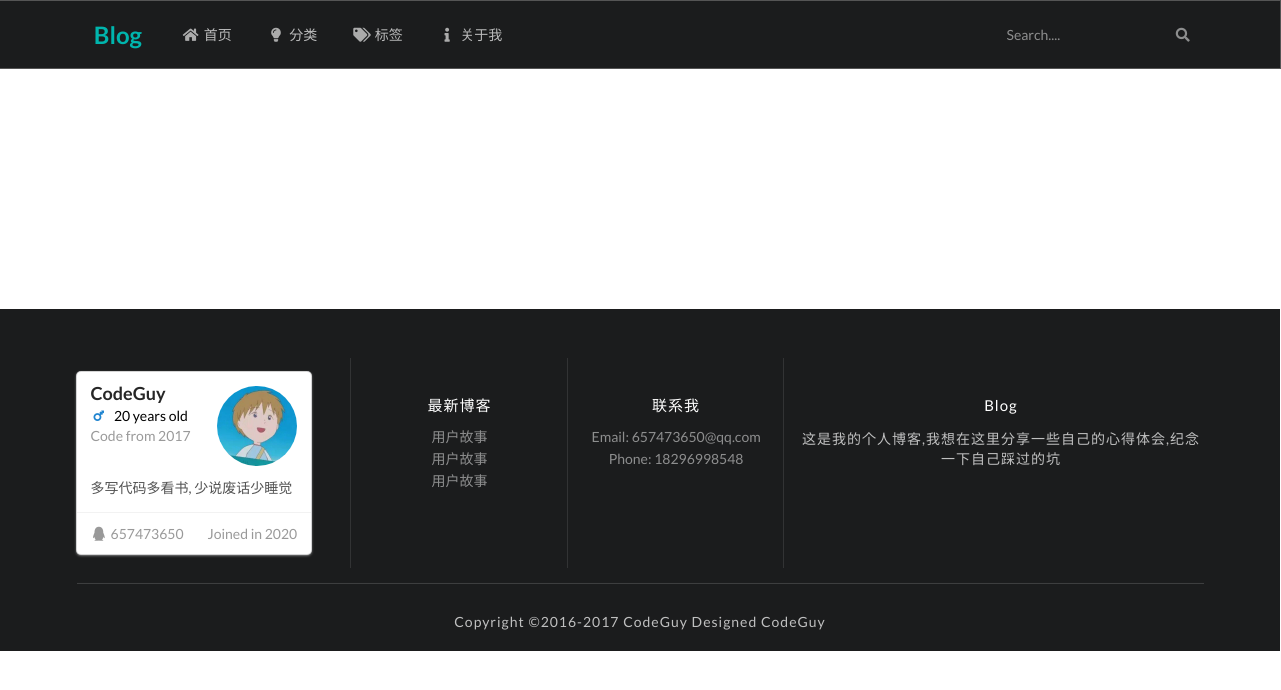
Repository: GOGOHQ/myblog
Page: index.html
An editor plug-in stored every save of this project. The page is shown before and after the next save, followed by the edit.
The browser window is 1280 px wide. The page is 1281 px wide, so the pictures cover 1281 px, including what lies to the right of the window. The pictures show the whole page.
Some web libraries are served in a nearby version.

Above is the page before, as saved 2020-01-16 16:15:05.

### index.html
<!DOCTYPE html>
<html lang="en">

<head>
    <meta charset="UTF-8">
    <meta name="viewport" content="width=device-width, inital-scale=1.0">
    <title>首页</title>
    <link rel="stylesheet" href="static/css/me.css">
    <link rel="stylesheet" href="https://cdn.jsdelivr.net/semantic-ui/2.2.4/semantic.min.css">
    <script src="https://cdn.jsdelivr.net/npm/jquery@3.2/dist/jqurey.min.js"></script>
    <script src="https://cdn.jsdelivr.net/semantic-ui/2.2.4/semantic.min.js"></script>
</head>

<body>
<!-- 导航 -->
<nav class="ui inverted  attached  segment m-padded-tb-mini">
    <div class="ui container">
        <div class="ui secondary inverted menu">
            <h2 class="ui teal header item">Blog</h2>
            <a href="#" class="item"><i class="home icon"></i>首页</a>
            <a href="#" class="item"><i class="idea icon"></i>分类</a>
            <a href="#" class="item"><i class="tags icon"></i>标签</a>
            <a href="#" class="item"><i class="info icon"></i>关于我</a>
            <div class="right item">
                <div class="ui icon  inverted transparent input">
                    <input type="text" placeholder="Search....">
                    <i class="search link icon"></i>
                </div>
            </div>
        </div>
    </div>
</nav>
<!-- 内容 -->
<div>
    <br> <br> <br> <br> <br> <br> <br> <br> <br> <br> <br> <br>
</div>
<!-- 底部 -->
<footer class="ui inverted vertical segment m-padded-tb-massive">
    <div class="ui center aligned container" style="height:230px">
        <div class="ui inverted divided grid fluid">
            <div class="four wide column left aligned" style="padding-right: 40px;">
                <div class="ui card">
                    <div class="content">
                        <img class="right circular floated tiny ui image" src="static/images/avatar.jpg">
                        <div class="header">
                            CodeGuy
                        </div>
                        <div class="meta">
                            <i class="icon blue mars stroke"></i>
                            <text style="color:black;">20 years old</text>
                        </div>
                        <div class="meta">
                            Code from 2017
                        </div>
                        <div class="description">
                            多写代码多看书, 少说废话少睡觉
                        </div>
                    </div>
                    <div class="extra content">
                        <a>
                            <i class="qq icon"></i>657473650
                        </a>
                        <span class="right floated">
                                    Joined in 2020
                                  </span>
                    </div>
                </div>
            </div>
            <div class="center aligned three wide column m-padded-t-middle">
                <h4 class="ui inverted header m-text-thin m-text-spaced">最新博客</h4>
                <div class="ui inverted link list">
                    <a href="#" class="item">用户故事</a>
                    <a href="#" class="item">用户故事</a>
                    <a href="#" class="item">用户故事</a>
                </div>
            </div>
            <div class="center aligned three wide column m-padded-t-middle">
                <h4 class="ui inverted header m-text-thin m-text-spaced">联系我</h4>
                <div class="ui inverted link list">
                    <a href="#" class="item">Email: 657473650@qq.com</a>
                    <a href="#" class="item">Phone: 18296998548</a>

                </div>
            </div>
            <div class="six wide column m-padded-t-middle">
                <h4 class="ui inverted header m-text-thin m-text-spaced">Blog</h4>
                <p class="m-text-thin m-text-spaced m-text-mini-opacity">这是我的个人博客,我想在这里分享一些自己的心得体会,纪念一下自己踩过的坑</p>
            </div>
        </div>
        <div class="ui inverted section divider"></div>
        <p class="m-text-thin m-text-spaced m-text-mini-opacity">Copyright ©2016-2017 CodeGuy Designed CodeGuy</p>
    </div>
</footer>
</body>


</html>

### static/css/me.css
.m-padded-tb-mini {
    padding-top: 0.2em !important;
    padding-bottom: 0.2em !important;
}

.m-padded-t-middle {
    padding-top: 40px !important
}

.m-padded-tb-massive {
    padding-top: 4.5em !important;
    padding-bottom: 4.5em !important;
}


/* text */

.m-text-thin {
    font-weight: 400 !important
}

.m-text-spaced {
    letter-spacing: 1px !important
}

.m-text-lined {
    line-height: 1.8 !important
}

.m-text-mini-opacity {
    opacity: 0.8 !important
}

After the next save:
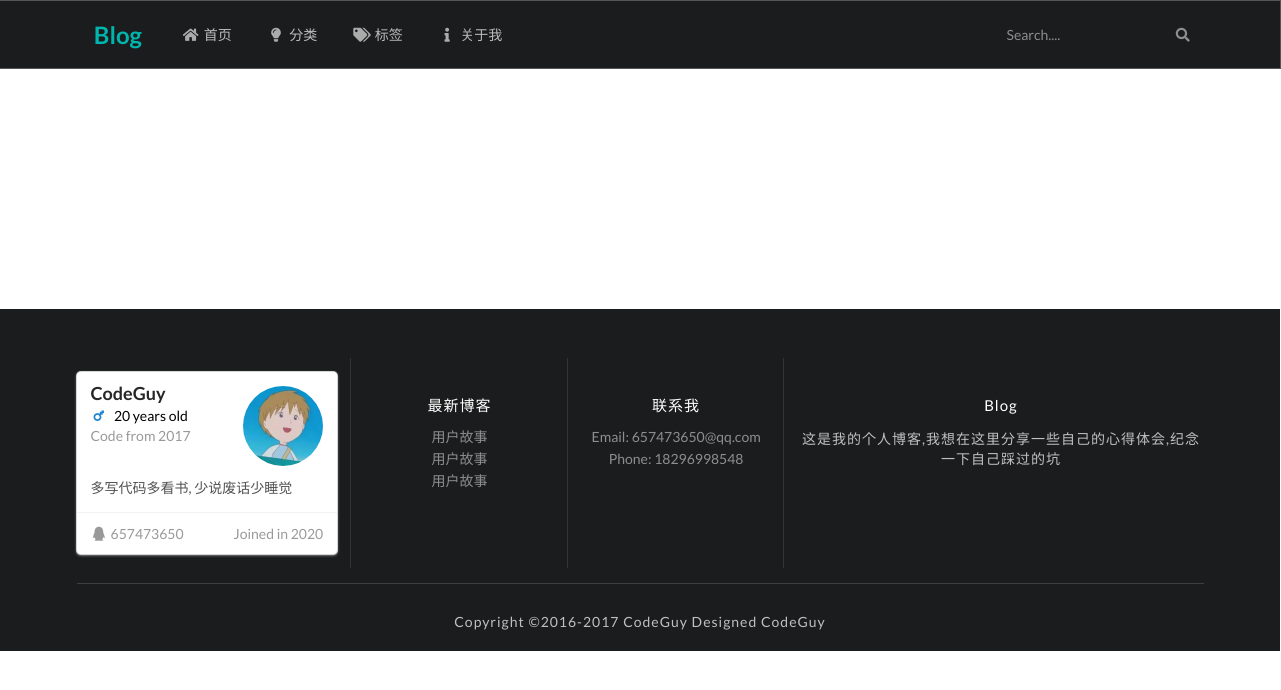
Saved 2 min 33 s later.
--- a/index.html
+++ b/index.html
@@ -38,57 +38,58 @@
 <footer class="ui inverted vertical segment m-padded-tb-massive">
     <div class="ui center aligned container" style="height:230px">
         <div class="ui inverted divided grid fluid">
-            <div class="four wide column left aligned" style="padding-right: 40px;">
-                <div class="ui card">
-                    <div class="content">
-                        <img class="right circular floated tiny ui image" src="static/images/avatar.jpg">
-                        <div class="header">
-                            CodeGuy
-                        </div>
-                        <div class="meta">
-                            <i class="icon blue mars stroke"></i>
-                            <text style="color:black;">20 years old</text>
-                        </div>
-                        <div class="meta">
-                            Code from 2017
-                        </div>
-                        <div class="description">
-                            多写代码多看书, 少说废话少睡觉
-                        </div>
+            <div class="four wide column left aligned"
+            ">
+            <div class="ui centered card ">
+                <div class="content ">
+                    <img class="right circular floated tiny ui image " src="static/images/avatar.jpg ">
+                    <div class="header ">
+                        CodeGuy
                     </div>
-                    <div class="extra content">
-                        <a>
-                            <i class="qq icon"></i>657473650
-                        </a>
-                        <span class="right floated">
+                    <div class="meta ">
+                        <i class="icon blue mars stroke "></i>
+                        <text style="color:black; ">20 years old</text>
+                    </div>
+                    <div class="meta ">
+                        Code from 2017
+                    </div>
+                    <div class="description ">
+                        多写代码多看书, 少说废话少睡觉
+                    </div>
+                </div>
+                <div class="extra content ">
+                    <a>
+                        <i class="qq icon "></i>657473650
+                    </a>
+                    <span class="right floated ">
                                     Joined in 2020
                                   </span>
-                    </div>
                 </div>
             </div>
-            <div class="center aligned three wide column m-padded-t-middle">
-                <h4 class="ui inverted header m-text-thin m-text-spaced">最新博客</h4>
-                <div class="ui inverted link list">
-                    <a href="#" class="item">用户故事</a>
-                    <a href="#" class="item">用户故事</a>
-                    <a href="#" class="item">用户故事</a>
-                </div>
-            </div>
-            <div class="center aligned three wide column m-padded-t-middle">
-                <h4 class="ui inverted header m-text-thin m-text-spaced">联系我</h4>
-                <div class="ui inverted link list">
-                    <a href="#" class="item">Email: 657473650@qq.com</a>
-                    <a href="#" class="item">Phone: 18296998548</a>
-
-                </div>
-            </div>
-            <div class="six wide column m-padded-t-middle">
-                <h4 class="ui inverted header m-text-thin m-text-spaced">Blog</h4>
-                <p class="m-text-thin m-text-spaced m-text-mini-opacity">这是我的个人博客,我想在这里分享一些自己的心得体会,纪念一下自己踩过的坑</p>
+        </div>
+        <div class="center aligned three wide column m-padded-t-middle ">
+            <h4 class="ui inverted header m-text-thin m-text-spaced ">最新博客</h4>
+            <div class="ui inverted link list ">
+                <a href="# " class="item ">用户故事</a>
+                <a href="# " class="item ">用户故事</a>
+                <a href="# " class="item ">用户故事</a>
             </div>
         </div>
-        <div class="ui inverted section divider"></div>
-        <p class="m-text-thin m-text-spaced m-text-mini-opacity">Copyright ©2016-2017 CodeGuy Designed CodeGuy</p>
+        <div class="center aligned three wide column m-padded-t-middle ">
+            <h4 class="ui inverted header m-text-thin m-text-spaced ">联系我</h4>
+            <div class="ui inverted link list ">
+                <a href="# " class="item ">Email: 657473650@qq.com</a>
+                <a href="# " class="item ">Phone: 18296998548</a>
+
+            </div>
+        </div>
+        <div class="six wide column m-padded-t-middle ">
+            <h4 class="ui inverted header m-text-thin m-text-spaced ">Blog</h4>
+            <p class="m-text-thin m-text-spaced m-text-mini-opacity ">这是我的个人博客,我想在这里分享一些自己的心得体会,纪念一下自己踩过的坑</p>
+        </div>
+    </div>
+    <div class="ui inverted section divider "></div>
+    <p class="m-text-thin m-text-spaced m-text-mini-opacity ">Copyright ©2016-2017 CodeGuy Designed CodeGuy</p>
     </div>
 </footer>
 </body>

After the 2 saves that followed:
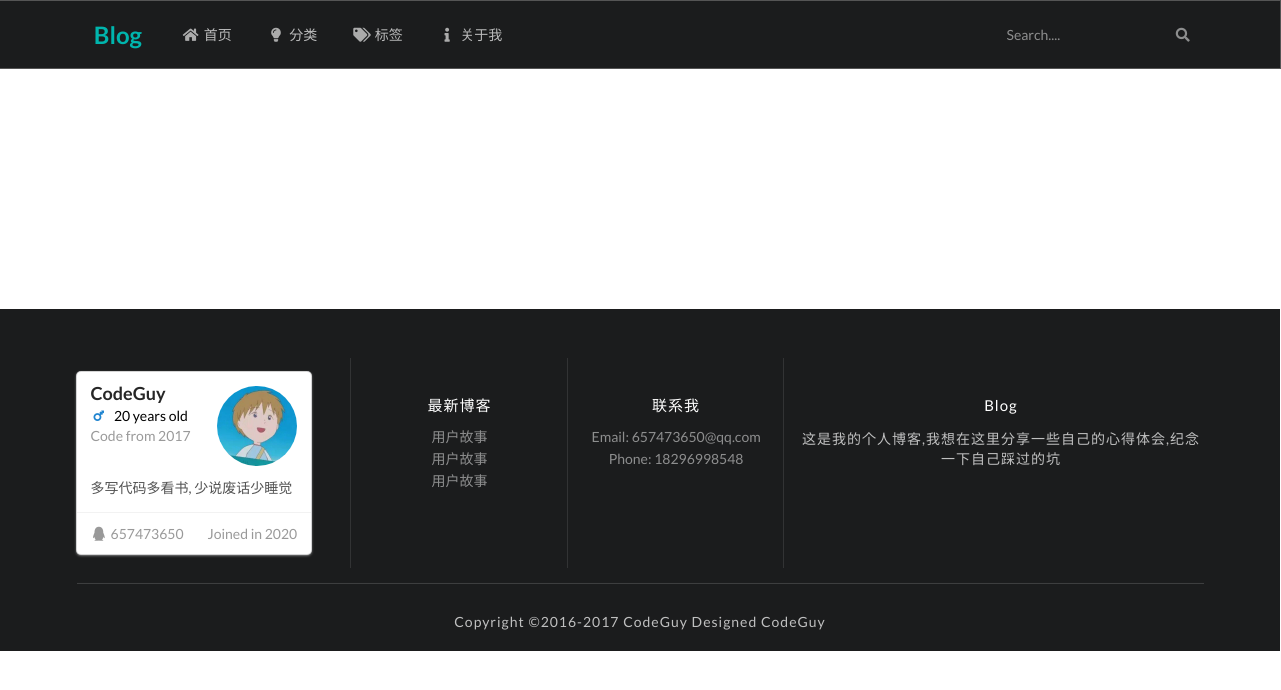
The 2 saves are shown as one change because 1 left the picture as it was.
The last was saved 28 s later.
--- a/index.html
+++ b/index.html
@@ -38,58 +38,57 @@
 <footer class="ui inverted vertical segment m-padded-tb-massive">
     <div class="ui center aligned container" style="height:230px">
         <div class="ui inverted divided grid fluid">
-            <div class="four wide column left aligned"
-            ">
-            <div class="ui centered card ">
-                <div class="content ">
-                    <img class="right circular floated tiny ui image " src="static/images/avatar.jpg ">
-                    <div class="header ">
-                        CodeGuy
+            <div class="four wide column left aligned" style="padding-right: 40px;">
+                <div class="ui card">
+                    <div class="content">
+                        <img class="right circular floated tiny ui image" src="static/images/avatar.jpg">
+                        <div class="header">
+                            CodeGuy
+                        </div>
+                        <div class="meta">
+                            <i class="icon blue mars stroke"></i>
+                            <text style="color:black;">20 years old</text>
+                        </div>
+                        <div class="meta">
+                            Code from 2017
+                        </div>
+                        <div class="description">
+                            多写代码多看书, 少说废话少睡觉
+                        </div>
                     </div>
-                    <div class="meta ">
-                        <i class="icon blue mars stroke "></i>
-                        <text style="color:black; ">20 years old</text>
-                    </div>
-                    <div class="meta ">
-                        Code from 2017
-                    </div>
-                    <div class="description ">
-                        多写代码多看书, 少说废话少睡觉
+                    <div class="extra content">
+                        <a>
+                            <i class="qq icon"></i>657473650
+                        </a>
+                        <span class="right floated">
+                                    Joined in 2020
+                                  </span>
                     </div>
                 </div>
-                <div class="extra content ">
-                    <a>
-                        <i class="qq icon "></i>657473650
-                    </a>
-                    <span class="right floated ">
-                                    Joined in 2020
-                                  </span>
+            </div>
+            <div class="center aligned three wide column m-padded-t-middle">
+                <h4 class="ui inverted header m-text-thin m-text-spaced">最新博客</h4>
+                <div class="ui inverted link list">
+                    <a href="#" class="item">用户故事</a>
+                    <a href="#" class="item">用户故事</a>
+                    <a href="#" class="item">用户故事</a>
                 </div>
             </div>
-        </div>
-        <div class="center aligned three wide column m-padded-t-middle ">
-            <h4 class="ui inverted header m-text-thin m-text-spaced ">最新博客</h4>
-            <div class="ui inverted link list ">
-                <a href="# " class="item ">用户故事</a>
-                <a href="# " class="item ">用户故事</a>
-                <a href="# " class="item ">用户故事</a>
+            <div class="center aligned three wide column m-padded-t-middle">
+                <h4 class="ui inverted header m-text-thin m-text-spaced">联系我</h4>
+                <div class="ui inverted link list">
+                    <a href="#" class="item">Email: 657473650@qq.com</a>
+                    <a href="#" class="item">Phone: 18296998548</a>
+
+                </div>
+            </div>
+            <div class="six wide column m-padded-t-middle">
+                <h4 class="ui inverted header m-text-thin m-text-spaced">Blog</h4>
+                <p class="m-text-thin m-text-spaced m-text-mini-opacity">这是我的个人博客,我想在这里分享一些自己的心得体会,纪念一下自己踩过的坑</p>
             </div>
         </div>
-        <div class="center aligned three wide column m-padded-t-middle ">
-            <h4 class="ui inverted header m-text-thin m-text-spaced ">联系我</h4>
-            <div class="ui inverted link list ">
-                <a href="# " class="item ">Email: 657473650@qq.com</a>
-                <a href="# " class="item ">Phone: 18296998548</a>
-
-            </div>
-        </div>
-        <div class="six wide column m-padded-t-middle ">
-            <h4 class="ui inverted header m-text-thin m-text-spaced ">Blog</h4>
-            <p class="m-text-thin m-text-spaced m-text-mini-opacity ">这是我的个人博客,我想在这里分享一些自己的心得体会,纪念一下自己踩过的坑</p>
-        </div>
-    </div>
-    <div class="ui inverted section divider "></div>
-    <p class="m-text-thin m-text-spaced m-text-mini-opacity ">Copyright ©2016-2017 CodeGuy Designed CodeGuy</p>
+        <div class="ui inverted section divider"></div>
+        <p class="m-text-thin m-text-spaced m-text-mini-opacity">Copyright ©2016-2017 CodeGuy Designed CodeGuy</p>
     </div>
 </footer>
 </body>
